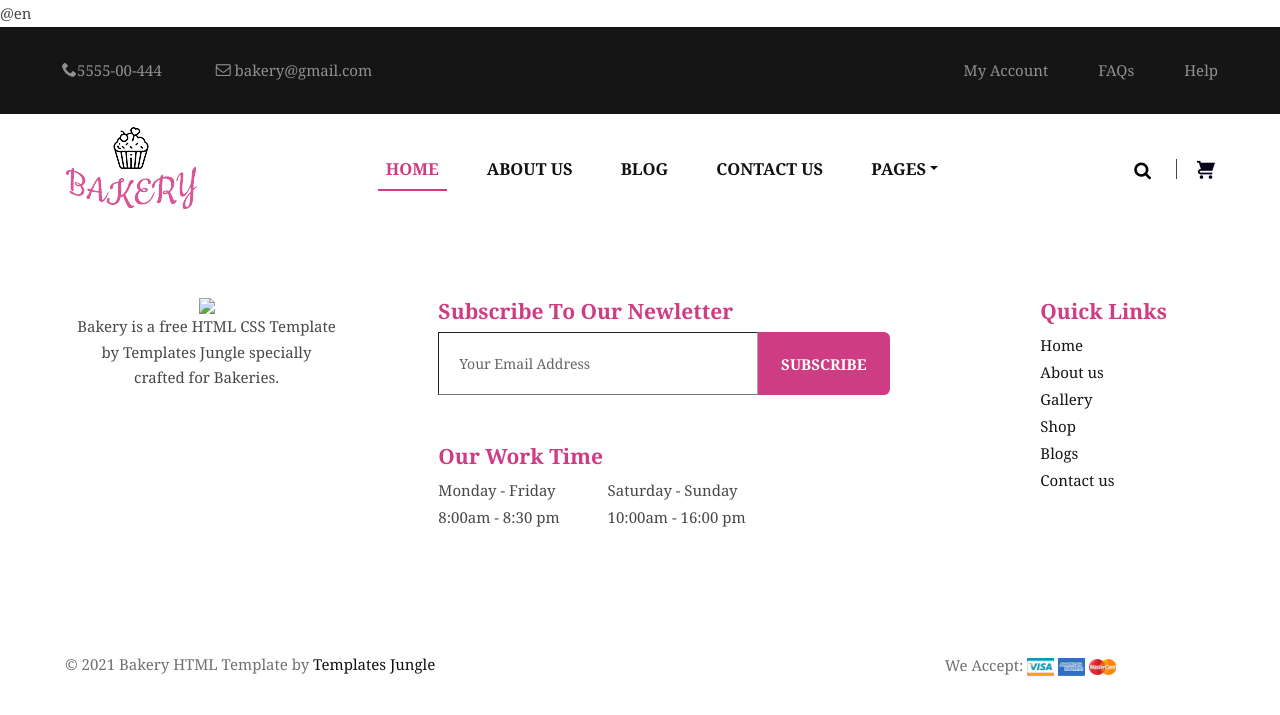
Repository: AlaaBashirSaijary/Barky
Page: resources/views/pages/home.blade.php
These files come from the project's save history. The page is drawn as it stood at one moment and after a run of saves; the edit follows.
The browser window is 1280 px wide. The pictures show the whole page.
Some web fonts or font styles are not loaded; a fallback is used. The page is served by the project's Laravel application, run on PHP 8.4 with Laravel 10. The template is opened directly, without the code that normally fills it, so the values that code supplies are empty.

Above is the page before, as saved 2023-12-15 02:40:55.

After the next 3 saves:
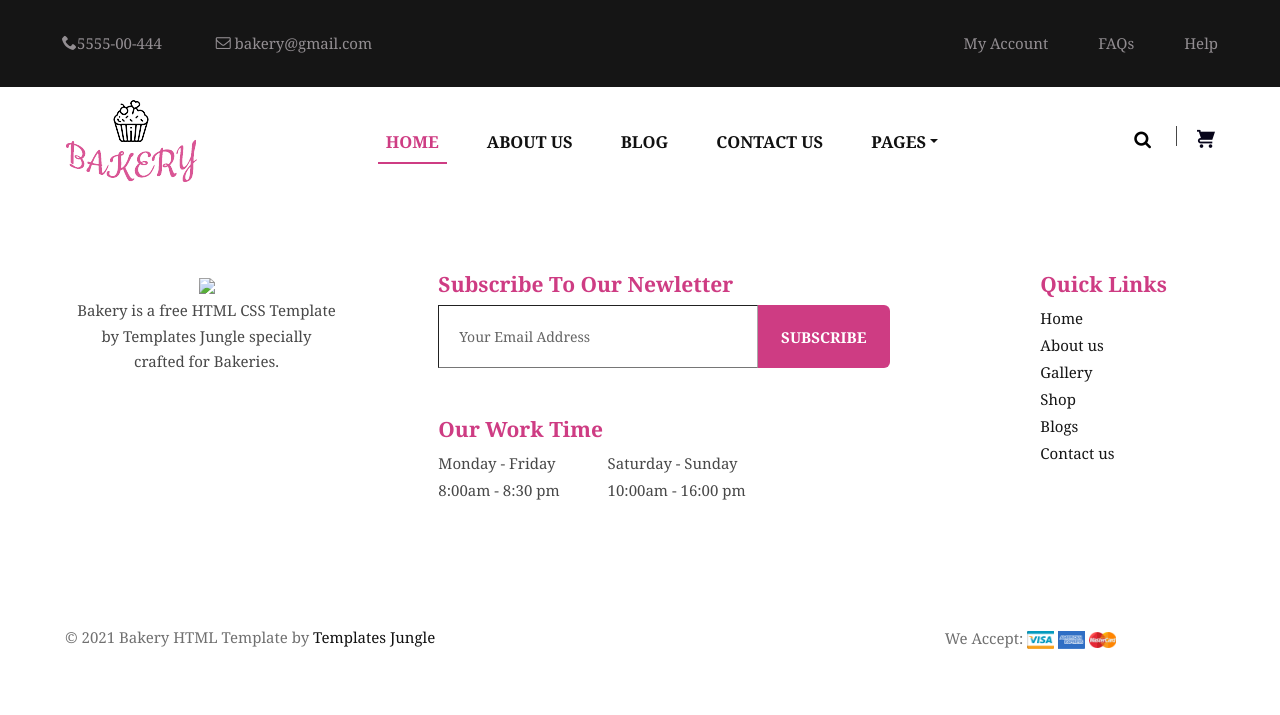
The 3 saves are shown as one change because they came seconds apart.
The last was saved 9 s later.
--- a/resources/views/pages/home.blade.php
+++ b/resources/views/pages/home.blade.php
@@ -1,3 +1,3 @@
 @extends("master.app")
 @section("content")
-@en
+@endsection
